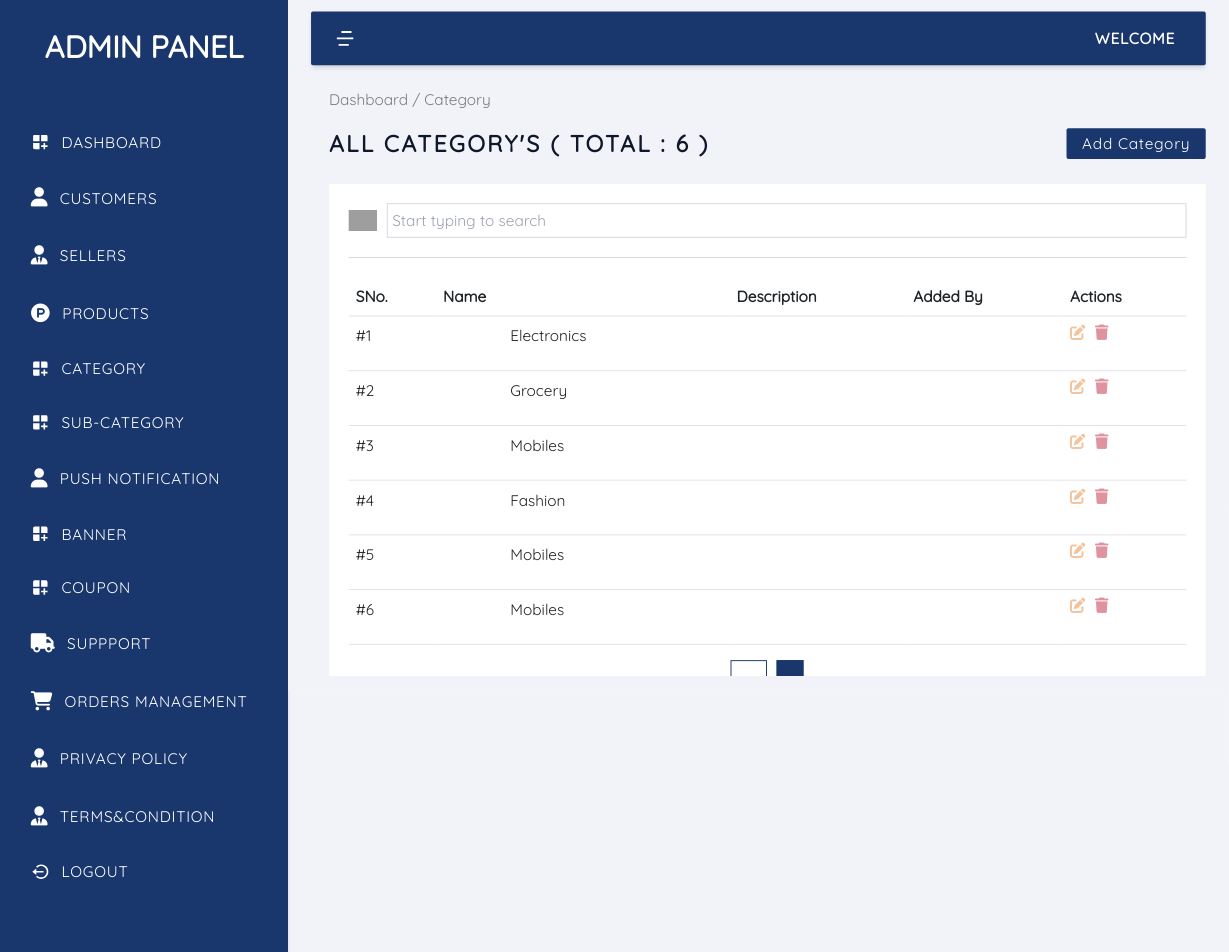
Repository: shishpal2000/admin.aschpro
Page: /Category
These files come from the project's save history. The page is drawn as it stood at one moment and after the next save; the edit follows.
The browser window is 1280 px wide. The pictures show the whole page, at 96% of full size.
Pictures or frames that could not be fetched are drawn as grey boxes. An inner scrolling area shows only its first screen. Some web libraries are served in a nearby version. The project was rebuilt for these pictures with package versions that can differ from the ones it lists, and the page was loaded fresh each time. Also part of the build but not shown: src/E-CommerceAdmin/forms/Login.jsx, src/E-CommerceAdmin/pages/Dashboard.jsx, src/E-CommerceAdmin/pages/EProduct.js, src/E-CommerceAdmin/pages/EVendorList.js, src/E-CommerceAdmin/pages/EAdminOrders.js, src/E-CommerceAdmin/pages/EAdminDelivery.js, src/E-CommerceAdmin/pages/EAdminCustomer.js, src/E-CommerceAdmin/pages/ESubCategory.js and 6 more. Imported but missing from the stored project, and not drawn on this page: src/E-CommerceAdmin/pages/Complaints, src/E-CommerceAdmin/pages/Component/SpinnerComp, src/E-CommerceAdmin/pages/EAdmin, src/E-CommerceAdmin/pages/EAdminProduct, src/E-CommerceAdmin/pages/ESingleProduct, src/E-CommerceAdmin/pages/GetMeThis, src/E-CommerceAdmin/pages/HelpSupport.

Above is the page before, as saved 2023-06-28 16:29:06.

After the next save:
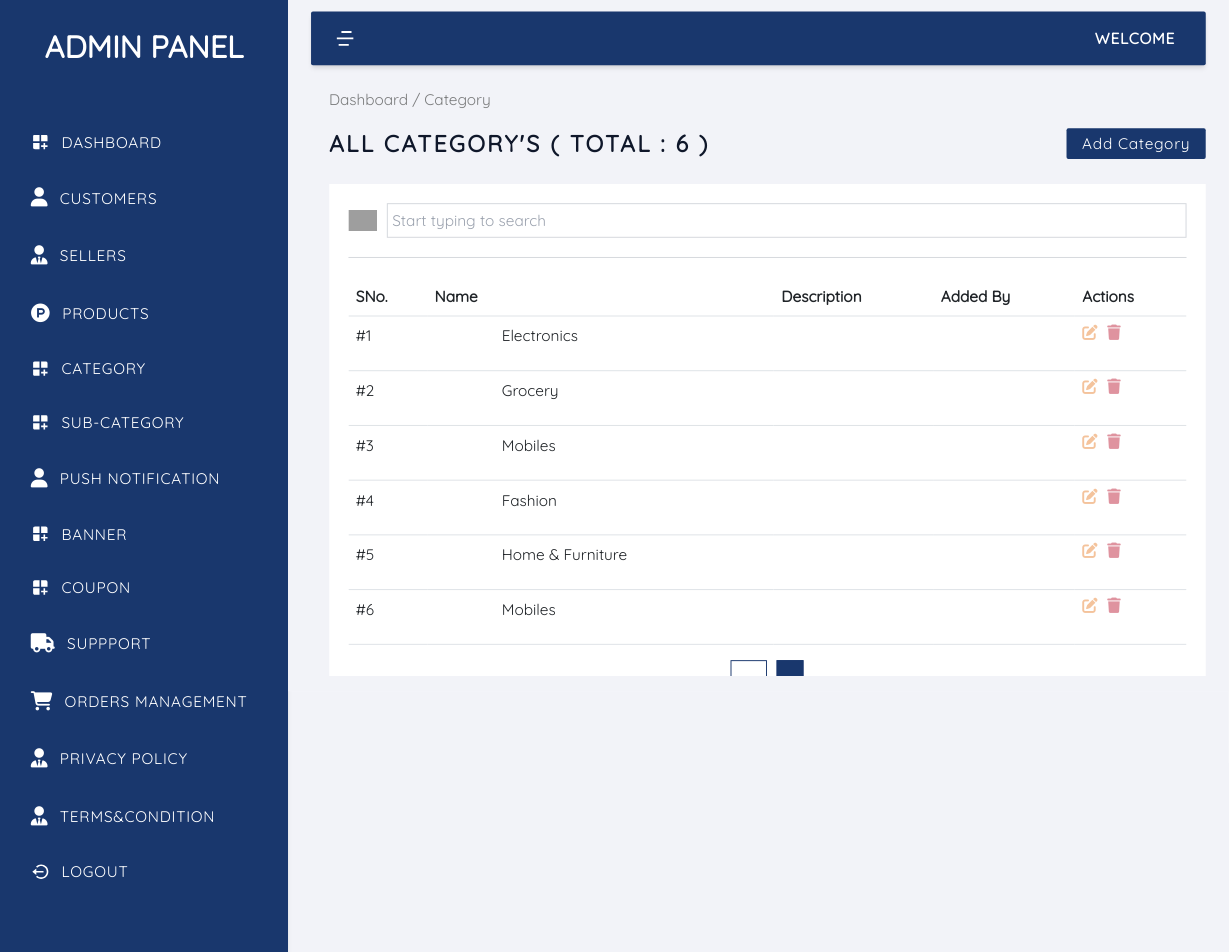
Saved 4 s later.
--- a/src/E-CommerceAdmin/pages/ECategory.js
+++ b/src/E-CommerceAdmin/pages/ECategory.js
@@ -34,7 +34,7 @@ const ECategory = () => {
     },
     {
       img : "https://rukminim1.flixcart.com/flap/128/128/image/ab7e2b022a4587dd.jpg?q=100" ,
-      name : "Mobiles"
+      name : "Home & Furniture"
     },
     {
       img : "https://rukminim1.flixcart.com/flap/128/128/image/22fddf3c7da4c4f4.png?q=100" ,
